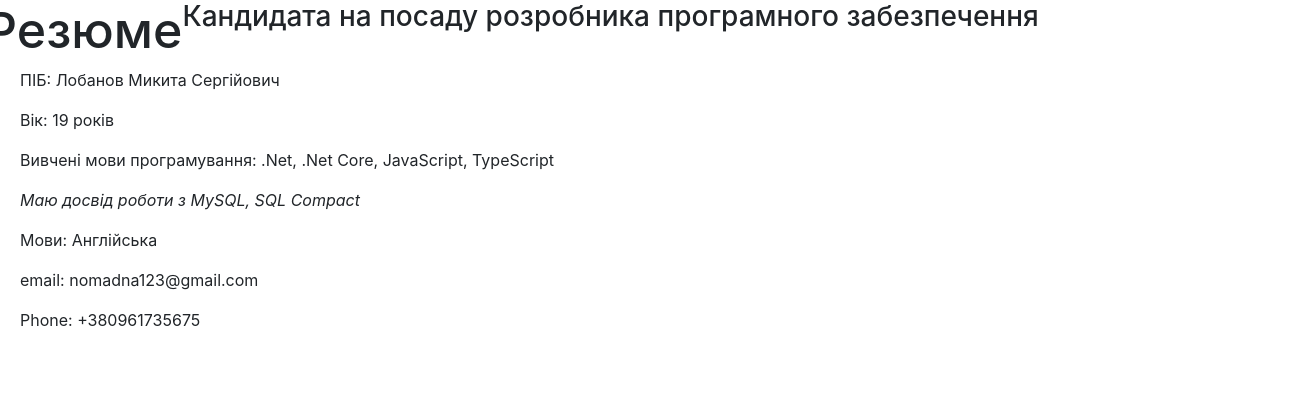
Repository: sMoonBeam/Labs
Page: AboutAuthor/WebContent/about.html
An editor plug-in stored every save of this project. The page is shown before and after the next save, followed by the edit.
The browser window is 1280 px wide. The page is 1295 px wide, then 1280 px, so the pictures cover 1295 px, including what lies to the right of the window. The pictures show the whole page.

Above is the page before, as saved 2019-10-16 20:22:11.

### AboutAuthor/WebContent/about.html
<!DOCTYPE html>
<html>
	<head>
		<meta charset="utf-8" />
		<title>Резюме</title>
		<link href="style.css" rel="stylesheet">
		<link href="https://stackpath.bootstrapcdn.com/bootstrap/4.3.1/css/bootstrap.min.css" rel="stylesheet">
	</head>
	<body>
	<div align=center class="row">
		<h1 style="font-size:50px;">Резюме</h1>
		<h3>Кандидата на посаду розробника програмного забезпечення</h3>
	</div>
		<p style="text-indent:20px">ПIБ: Лобанов Микита Сергійович</p>
		<p style="text-indent:20px">Вiк: 19 рокiв</p>
		<p style="text-indent:20px">Вивченi мови програмування: .Net, .Net Core, JavaScript, TypeScript</p>
		<i><p style="text-indent:20px">Маю досвiд роботи з MySQL, SQL Compact</p></i>
		<p style="text-indent:20px">Мови: Англiйська</p>

		<p style="text-indent:20px">email: nomadna123@gmail.com</p>
		<p style="text-indent:20px">Phone: +380961735675</p>
	</body>
</html>

Loaded but not shown: AboutAuthor/WebContent/style.css (no copy from this time; the picture is the same without it)

After the next save:
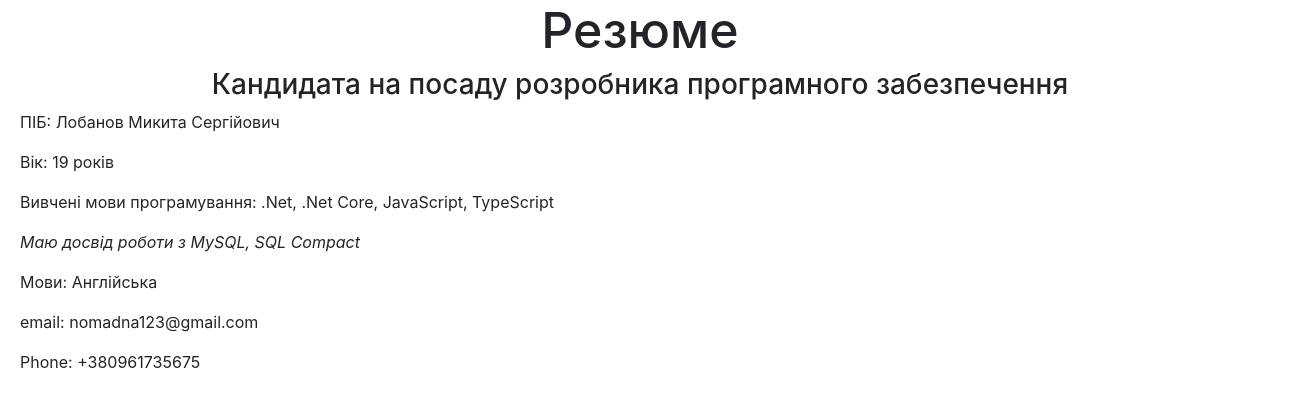
Saved 14 s later.
--- a/AboutAuthor/WebContent/about.html
+++ b/AboutAuthor/WebContent/about.html
@@ -7,7 +7,7 @@
 		<link href="https://stackpath.bootstrapcdn.com/bootstrap/4.3.1/css/bootstrap.min.css" rel="stylesheet">
 	</head>
 	<body>
-	<div align=center class="row">
+	<div align=center>
 		<h1 style="font-size:50px;">Резюме</h1>
 		<h3>Кандидата на посаду розробника програмного забезпечення</h3>
 	</div>
